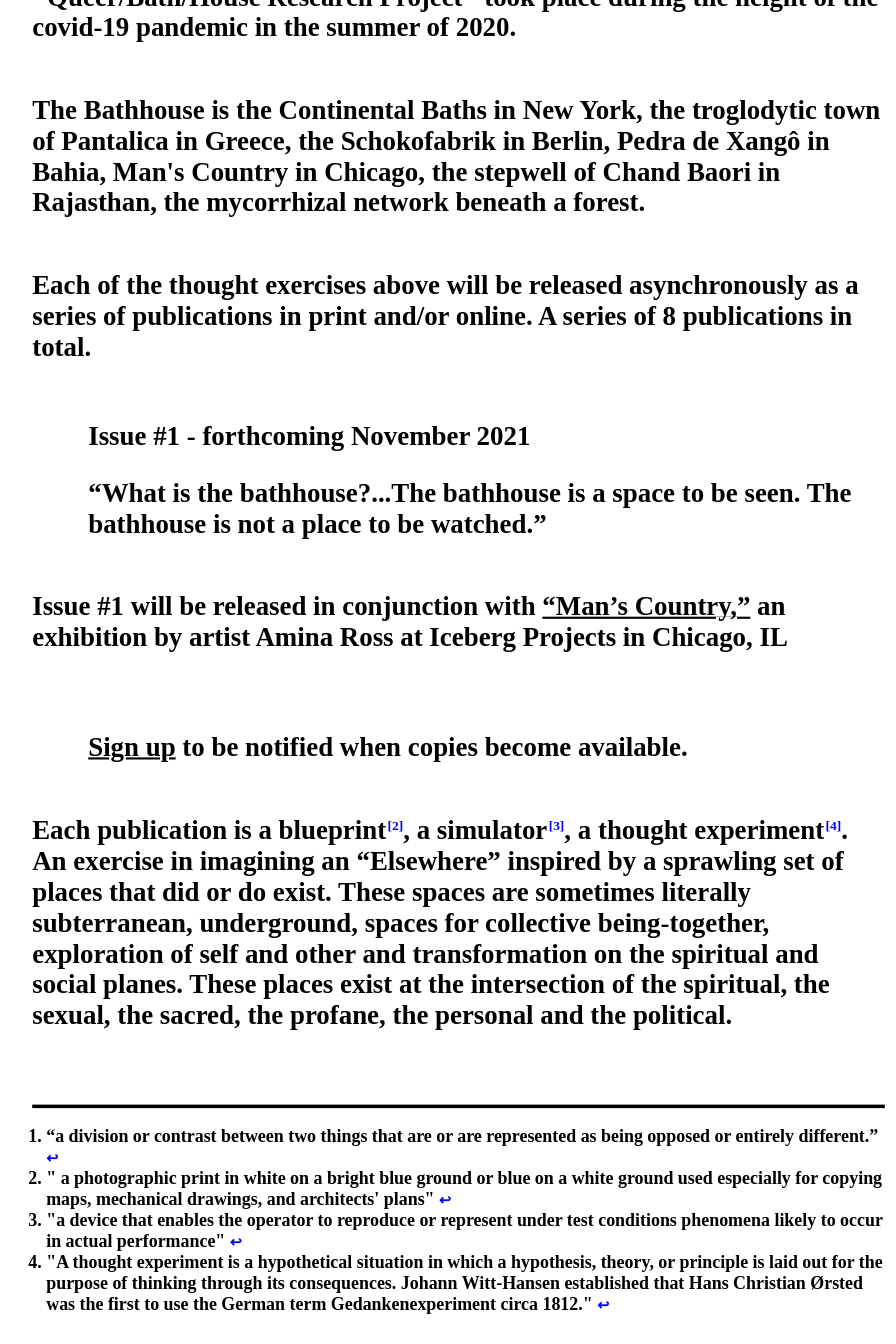
Repository: ayoungblood2/bathhouse.online
Page: index.html
An editor plug-in stored every save of this project. The page is shown before and after the next save, followed by the edit.
The browser window is 1280 px wide. The pictures show the part of the page from y = 2450 to 4370 px (the page is 4370 px tall before and 4340 px after), at 70% of full size.
An inner scrolling area shows only its first screen. Backgrounds fixed to the window are drawn as part of the page. Some web fonts or font styles are not loaded; a fallback is used.

Above is the page before, as saved 2021-10-16 18:37:45.
Not found: js/layout_main.js
Not found: js/three_main.js
Not found: style.css

After the next save:
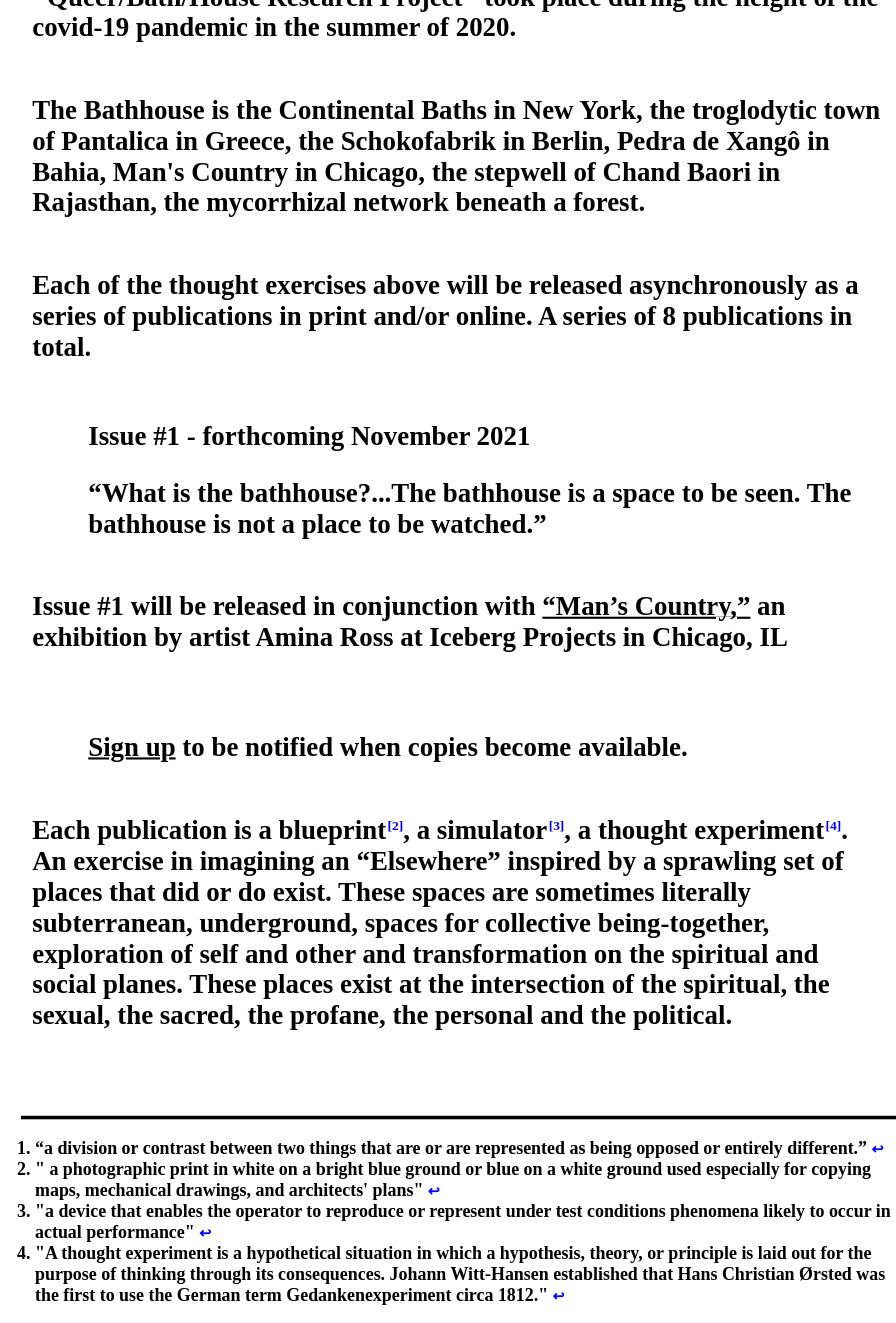
Saved 3 min 46 s later.
--- a/index.html
+++ b/index.html
@@ -123,6 +123,10 @@
                 left: 0;
             }
 
+            .bodytxt{
+                font-size: 8vw;
+            }
+
             p {
                 font-size: 8vw;
                 font-family: "Avenir Next Heavy";
@@ -304,6 +308,7 @@
 
                         <br>
 
+                        <div class="bodytxt">
                         <p>
                             “The Bathhouse” is a yet-to-exist space, generated through a set of (false) <a
                                 href="#footnotes" aria-describedby="footnote-label" id="footnotes-ref">dichotomies</a>
@@ -369,7 +374,7 @@
         <br>
 
         </article>
-
+</div>
         <footer>
 
             <ol>

After the save that followed:
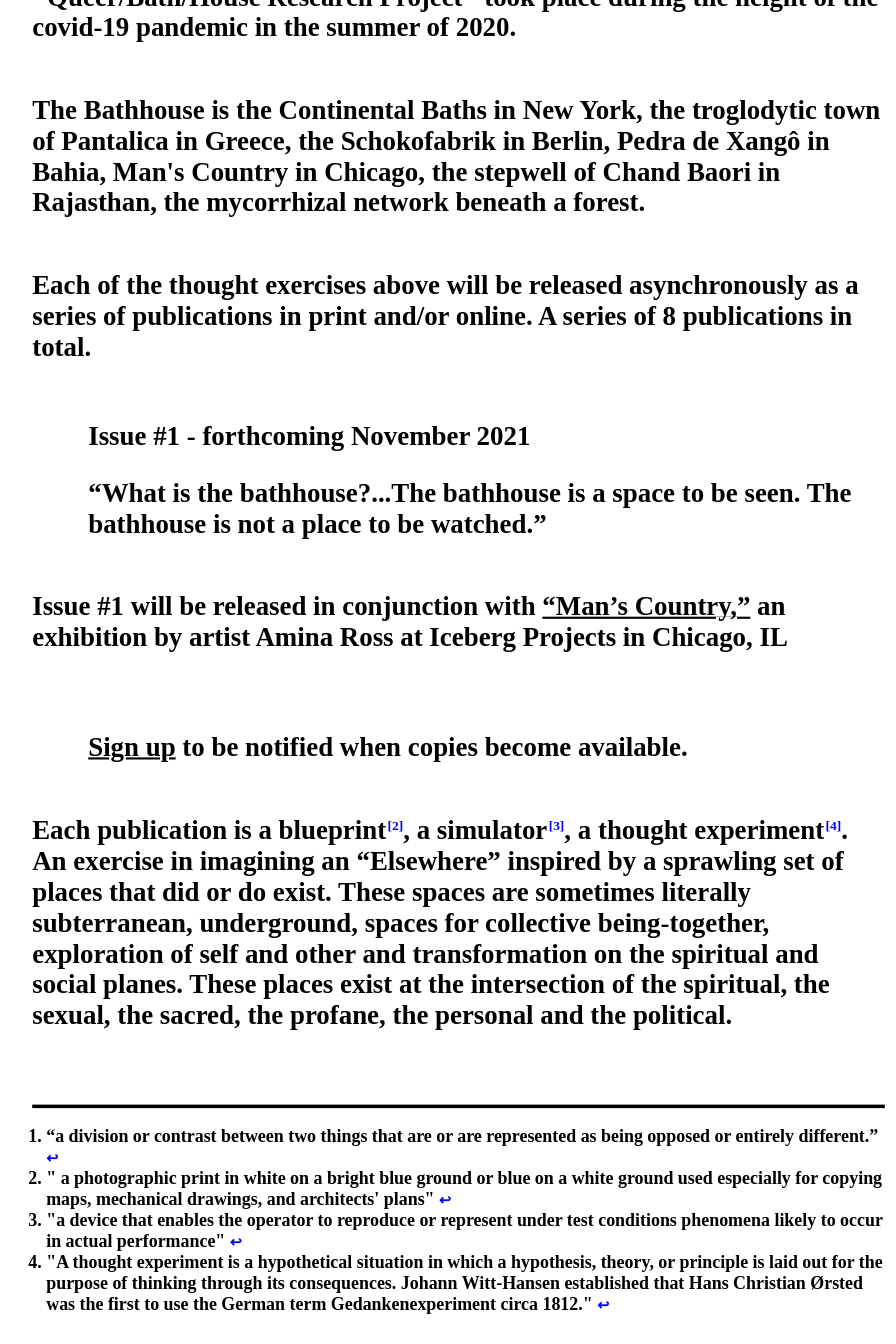
Saved 82 s later.
--- a/index.html
+++ b/index.html
@@ -123,10 +123,6 @@
                 left: 0;
             }
 
-            .bodytxt{
-                font-size: 8vw;
-            }
-
             p {
                 font-size: 8vw;
                 font-family: "Avenir Next Heavy";
@@ -308,7 +304,6 @@
 
                         <br>
 
-                        <div class="bodytxt">
                         <p>
                             “The Bathhouse” is a yet-to-exist space, generated through a set of (false) <a
                                 href="#footnotes" aria-describedby="footnote-label" id="footnotes-ref">dichotomies</a>
@@ -374,7 +369,7 @@
         <br>
 
         </article>
-</div>
+
         <footer>
 
             <ol>
